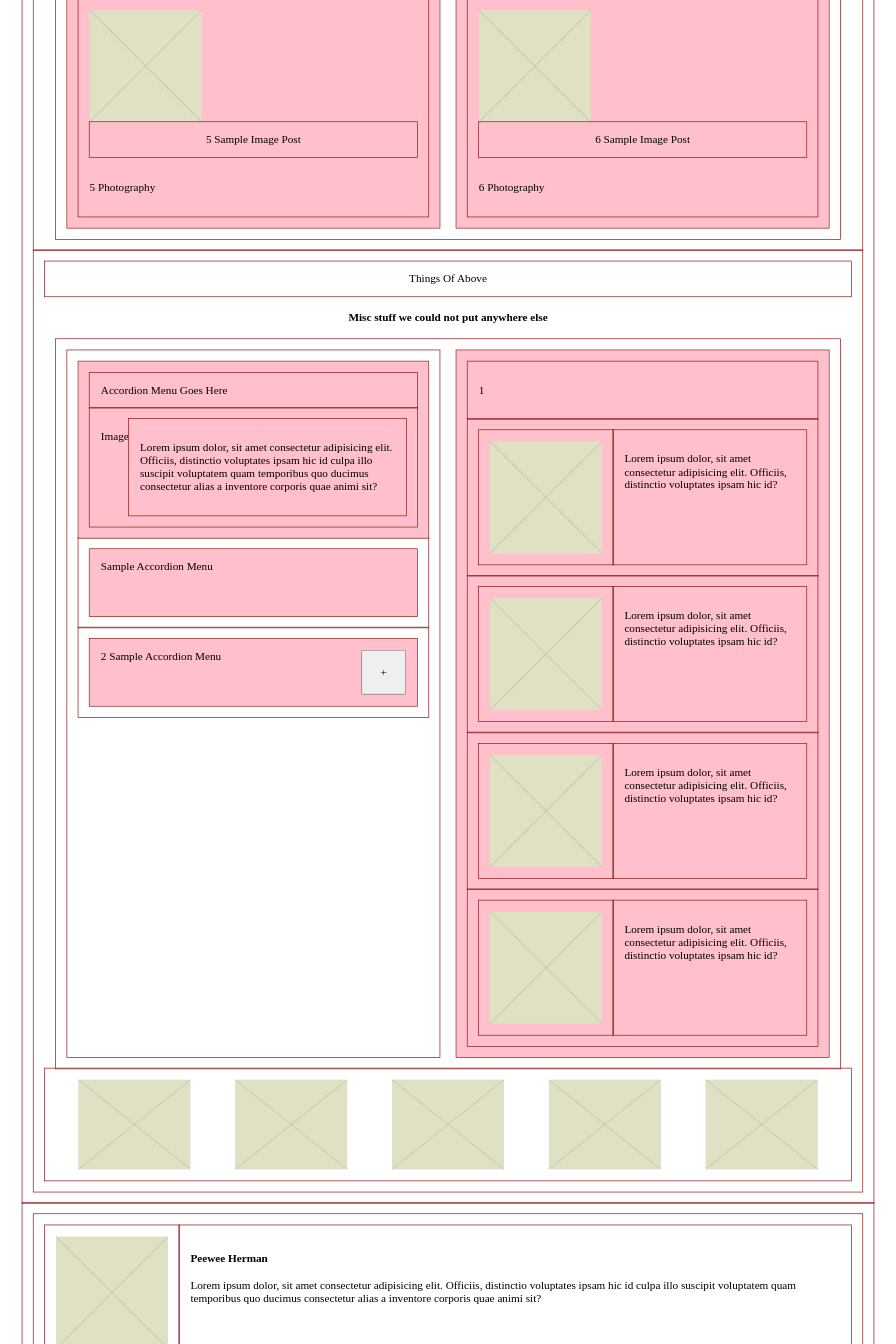
Repository: kionale/Project1_Lab3_ResponsiveLayout
Page: index.html
These files come from the project's save history. The page is drawn as it stood at one moment and after a run of saves; the edit follows.
The browser window is 1280 px wide. The pictures show the part of the page from y = 3418 to 5338 px (the page is 6789 px tall), at 70% of full size.

Above is the page before, as saved 2023-01-31 17:10:18.

### index.html
<!doctype html>
<html class="no-js" lang="">

<head>
  <meta charset="utf-8">
  <title></title>
  <meta name="description" content="">
  <meta name="viewport" content="width=device-width, initial-scale=1">

  <meta property="og:title" content="">
  <meta property="og:type" content="">
  <meta property="og:url" content="">
  <meta property="og:image" content="">

  <link rel="manifest" href="site.webmanifest">
  <link rel="apple-touch-icon" href="icon.png">
  <!-- Place favicon.ico in the root directory -->

  <link rel="stylesheet" href="css/normalize.css">
  <link rel="stylesheet" href="css/main.css">

  <meta name="theme-color" content="#fafafa">
</head>


<body class="page page-home">
  <header class="header page__header">
    <div class="row">
      <h1>Metrolics</h1>
      <a href=""><img src="img/placeholder.png"></a>
      <nav class="navbar-links">
        <ul>
          <a href="#">
            <li>Home</li>
          </a>
          <a href="">
            <li>Home</li>
          </a>
          <a href="">
            <li>Pages</li>
          </a>
          <a href="">
            <li>Blog</li>
          </a>
          <a href="">
            <li>Portfolio</li>
          </a>
          <a href="">
            <li>Home</li>
          </a>
        </ul>
      </nav>
    </div>

  </header>

  <div class="page__slider">
    <div class="row slides">
      <img src="img/placeholder.png" alt="">
    </div>
  </div>
  </div>

  <div class="page__intro">
    <h1 class="header page__heading">
      Hey guys! This is the <span>Metrolics</span> theme.<br>
      It sports a responsive layout with a mobile layout.
    </h1>
    <div class="subheading page_subheading">
      <h3>
        Things That We do
      </h3>
      <h5>Ask us what we can do for you</h5>

    </div>
    <div class="feature__service">
      <div class="row m-col-2 l-col-4">
        <div class="col">
          <img class="feature__servic__images" src="img/placeholder.png" alt="">
          <h4 class="heading feature__servic__title">Web Solution</h4>
          <p class="feature__servic__content">
            bbbhhha
          </p>
        </div>
        <div class="col">
          <img class="feature__servic__images" src="img/placeholder.png" alt="">
          <h4 class="heading feature__servic__title"></h4>
          <p class="feature__servic__content">
            bbbhhha
          </p>
        </div>
        <div class="col">
          <img class="feature__servic__images" src="img/placeholder.png" alt="">
          <h4 class="heading feature__servic__title"></h4>
          <p class="feature__servic__content">
            bbbhhha
          </p>
        </div>
        <div class="col">
          <img class="feature__servic__images" src="img/placeholder.png" alt="">
          <h4 class="heading feature__servic__title"></h4>
          <p class="feature__servic__content">
            bbbhhha
          </p>
        </div>


      </div>
    </div>
  </div>

  <!-- Main content starts here -->
  <main class="page__main">
    <section class="recent__work">
      <header class="header post__header">What's up lately?</header>
      <h4 class="subheading">Read up on our latest work</h4>
      <div class="row m-col-2 l-col-3">
        <div class="col">
          <div>
            <img src="img/placeholder.png" alt="">
            <header class="header recent__work__title">Sample image post</header><br>
            <p>Photography</p>
          </div>
        </div>
        <div class="col">
          <div>
            <img src="img/placeholder.png" alt="">
            <header class="header recent__work__title">Sample image post</header><br>
            <p>Photography</p>
          </div>
        </div>
        <div class="col">
          <div>
            <img src="" alt="">
            <header class="header recent__work__title">Sample image post</header><br>
            <p>Photography</p>
          </div>
        </div>
        <div class="col">
          <div>
            <img src="img/placeholder.png" alt="">
            <header class="header recent__work__title">Sample image post</header><br>
            <p>Photography</p>
          </div>
        </div>
      </div>
    </section>
    <!-- Our Latest Projests -->
    <section class="latest__projects">
      <header class="header latest__projects__header">Our Latest Projects</header>
      <h4 class="subheading">Client happy? We are happy</h4>
      <div class="row m-col-2 l-col-3">
        <div class="col">
          <div>
            <img src="img/placeholder.png" alt="">
            <header class="header latest__project__image">1 Sample image post</header><br>
            <p>1 Photography</p>
          </div>
        </div>
        <div class="col">
          <div>
            <img src="img/placeholder.png" alt="">
            <header class="header latest__project__image">2 Sample image post</header><br>
            <p>2 Photography</p>
          </div>
        </div>
        <div class="col">
          <div>
            <img src="img/placeholder.png" alt="">
            <header class="header latest__project__image">3 Sample image post</header><br>
            <p>3 Photography</p>
          </div>
        </div>
        <div class="col">
          <div>
            <img src="img/placeholder.png" alt="">
            <header class="header latest__project__image">4 Sample image post</header><br>
            <p>4 Photography</p>
          </div>
        </div>
        <div class="col">
          <div>
            <img src="img/placeholder.png" alt="">
            <header class="header latest__project__image">5 Sample image post</header><br>
            <p>5 Photography</p>
          </div>
        </div>
        <div class="col">
          <div>
            <img src="img/placeholder.png" alt="">
            <header class="header latest__project__image">6 Sample image post</header><br>
            <p>6 Photography</p>
          </div>
        </div>
      </div>
    </section>
    <!--Things of Above-->
    <section class="things__of__above">
      <header class="header things__header">Things of above</header>
      <h4 class="subheading">Misc stuff we could not put anywhere else</h4>
      <div class="row m-col-2 l-col-3">
        <div>
          <div class="col">
            <div class="sample__menu things_above_image">Accordion Menu Goes Here
            </div>
            <div class="web__solution">
              <p>Image</p>
              <div>
                <p>Lorem ipsum dolor, sit amet consectetur adipisicing elit. Officiis, distinctio voluptates ipsam hic
                  id
                  culpa illo suscipit voluptatem quam temporibus quo ducimus consectetur alias a inventore corporis quae
                  animi sit?</p>
              </div>
            </div>
          </div>
          <div class="menu__button">
            <div class="col_two sample__menu things__above__image">Sample Accordion Menu
            </div>
          </div>
          <div class="menu__button">
            <div class="col_two sample__menu things__above__image">2 Sample Accordion Menu
              <button>+</button>
            </div>
          </div>
        </div>
        <div class="col">
          <div class="tab__buttons">
            <p>1</p>
          </div>
          <div class="tab__information">
            <div>
              <img src="img/placeholder.png" alt="">
            </div>
            <div>
              <p>Lorem ipsum dolor, sit amet consectetur adipisicing elit. Officiis, distinctio voluptates ipsam hic
                id?</p>
            </div>
          </div>
          <div class="tab__information">
            <div>
              <img src="img/placeholder.png" alt="">
            </div>
            <div>
              <p>Lorem ipsum dolor, sit amet consectetur adipisicing elit. Officiis, distinctio voluptates ipsam hic
                id?</p>
            </div>
          </div>
          <div class="tab__information">
            <div>
              <img src="img/placeholder.png" alt="">
            </div>
            <div>
              <p>Lorem ipsum dolor, sit amet consectetur adipisicing elit. Officiis, distinctio voluptates ipsam hic
                id?</p>
            </div>
          </div>
          <div class="tab__information">
            <div>
              <img src="img/placeholder.png" alt="">
            </div>
            <div>
              <p>Lorem ipsum dolor, sit amet consectetur adipisicing elit. Officiis, distinctio voluptates ipsam hic
                id?</p>
            </div>
          </div>
        </div>
      </div>
      <!--Sponsors-->
      <div class="sponsors">
        <img src="img/placeholder.png" alt="" class="sponsors__icon">
        <img src="img/placeholder.png" alt="" class="sponsors__icon">
        <img src="img/placeholder.png" alt="" class="sponsors__icon">
        <img src="img/placeholder.png" alt="" class="sponsors__icon">
        <img src="img/placeholder.png" alt="" class="sponsors__icon">

    </section>
  </main>
  <!--Footer-->
  <footer>
    <div class="web__author">
      <div>
        <img src="img/placeholder.png" alt="">
      </div>
      <div>
        <h4>Peewee Herman</h4>
        <p>Lorem ipsum dolor, sit amet consectetur adipisicing elit. Officiis, distinctio voluptates ipsam hic
          id
          culpa illo suscipit voluptatem quam temporibus quo ducimus consectetur alias a inventore corporis quae
          animi sit?</p>
      </div>
    </div>
    <div class="footer__extras">
      <div>
        <div>
          <h4>About Us</h4>
          <p>Lorem ipsum dolor, sit amet consectetur adipisicing elit. Officiis, distinctio voluptates ipsam hic
            id
            culpa illo suscipit voluptatem quam temporibus quo ducimus consectetur alias a inventore corporis quae
            animi sit?</p>
        </div>
        <div class="social__link">
          <a href="" class="social__icon">
            <li>Facebook</li>
          </a>
          <a href="" class="social__icon">
            <li>Google</li>
          </a>
          <a href="" class="social__icon">
            <li>Twitter</li>
          </a>
          <a href="" class="social__icon">
            <li>Instagram</li>
          </a>
          <a href="" class="social__icon">
            <li>Volume</li>
          </a>
        </div>
      </div>

      <div>
        <h4>Flickr Photos</h4>
        <img src="img/placeholder.png" alt="">
        <img src="img/placeholder.png" alt="">
        <img src="img/placeholder.png" alt="">
        <img src="img/placeholder.png" alt="">
        <img src="img/placeholder.png" alt="">
        <img src="img/placeholder.png" alt="">
      </div>
      <div>
        <h4>Recent Tweets</h4>
        <div class="recent__tweets">
          <div>
            <img src="img/placeholder.png" alt="">
          </div>
          <div>
            <h4>Peewee Herman</h4>
            <p>Lorem ipsum dolor, sit amet consectetur adipisicing elit. Officiis, distinctio voluptates ipsam hic
              id
              culpa illo suscipit voluptatem quam temporibus quo ducimus consectetur alias a inventore corporis quae
              animi sit?</p>
          </div>
        </div>
        <div class="recent__tweets">
          <div>
            <img src="img/placeholder.png" alt="">
          </div>
          <div>
            <h4>Peewee Herman</h4>
            <p>Lorem ipsum dolor, sit amet consectetur adipisicing elit. Officiis, distinctio voluptates ipsam hic
              id
              culpa illo suscipit voluptatem quam temporibus quo ducimus consectetur alias a inventore corporis quae
              animi sit?</p>
          </div>
        </div>
      </div>
      <div>
        <h4>Newsletter</h4>
        <p>Lorem ipsum dolor, sit amet consectetur adipisicing elit. Officiis, distinctio voluptates ipsam hic
          id
          culpa illo suscipit voluptatem quam temporibus quo ducimus consectetur alias a inventore corporis quae
          animi sit?</p>
        <div class="col_two sample__menu things__above__image">Enter your email...
          <button>+</button>
        </div>
      </div>
    </div>
  </footer>


  <script src="js/vendor/modernizr-3.11.2.min.js"></script>
  <script src="js/plugins.js"></script>
  <script src="js/main.js"></script>

  <!-- Google Analytics: change UA-XXXXX-Y to be your site's ID. -->
  <script>
    window.ga = function () { ga.q.push(arguments) }; ga.q = []; ga.l = +new Date;
    ga('create', 'UA-XXXXX-Y', 'auto'); ga('set', 'anonymizeIp', true); ga('set', 'transport', 'beacon'); ga('send', 'pageview')
  </script>
  <script src="https://www.google-analytics.com/analytics.js" async></script>
</body>

</html>

### css/main.css
::-moz-selection {
  background: #b3d4fc;
  text-shadow: none;
}

::selection {
  background: #b3d4fc;
  text-shadow: none;
}

/*
 * A better looking default horizontal rule
 */

hr {
  display: block;
  height: 1px;
  border: 0;
  border-top: 1px solid #ccc;
  margin: 1em 0;
  padding: 0;
}

audio,
canvas,
iframe,
img,
svg,
video {
  vertical-align: middle;
}

/*
 * Remove default fieldset styles.
 */

fieldset {
  border: 0;
  margin: 0;
  padding: 0;
}

/*
 * Allow only vertical resizing of textareas.
 */

textarea {
  resize: vertical;
}

*,
*::before,
*::after {
  box-sizing: border-box;
}

div,
main,
section,
header,
footer {
  outline: 1px solid rgb(142, 24, 24);
  min-height: 1rem;
  padding: 1rem;
}

.page {
  margin: 0 auto;
  padding: 2rem;
}

.header {
  text-transform: capitalize;
  text-align: center;
}

.subheading {
  text-align: center;
}

ul,
li {
  padding: 0;
  margin: 0;
  list-style: none;
}

.row {
  display: grid;
  row-gap: 1rem;
}

.row_two {
  display: grid;
  row-gap: 1rem;
}

.col {
  position: relative;
  background-color: pink;
}

.col_two {
  background-color: pink;
  height: 6rem;
}

button {
  height: 4rem;
  width: 4rem;
}

/* medium screens and up  */
@media screen and (min-width: 40em) {
  .row {
    max-width: 70rem;
    column-gap: 1.5rem;
    row-gap: 1.5rem;
    margin: 0 auto;
  }



  .m-col-2 {
    grid-template-columns: 1fr 1fr;
  }

  .l-col-3 {
    grid-template-columns: (3, 1fr);
  }

}


.examples {
  display: flex;
  justify-content: space-around;
}

.sample__menu {
  display: flex;
  justify-content: space-between;
}

.web__solution {
  display: flex;
}

.web__author {
  display: flex;
}

.recent__tweets {
  display: flex;
}


.tab__information {
  display: flex;
}

.sponsors {
  display: flex;
  justify-content: space-around;
  height: 10rem;
}

.sponsors__icon {
  background-color: lightgray;
}

.social__link {
  display: flex;
}

.social__icon {
  margin: 0.5rem;
}

.footer__extras {
  display: flex;
  flex-direction: row;
}

img{
  width: 10rem;
}

### js/plugins.js
// Avoid `console` errors in browsers that lack a console.
(function() {
  var method;
  var noop = function () {};
  var methods = [
    'assert', 'clear', 'count', 'debug', 'dir', 'dirxml', 'error',
    'exception', 'group', 'groupCollapsed', 'groupEnd', 'info', 'log',
    'markTimeline', 'profile', 'profileEnd', 'table', 'time', 'timeEnd',
    'timeline', 'timelineEnd', 'timeStamp', 'trace', 'warn'
  ];
  var length = methods.length;
  var console = (window.console = window.console || {});

  while (length--) {
    method = methods[length];

    // Only stub undefined methods.
    if (!console[method]) {
      console[method] = noop;
    }
  }
}());

// Place any jQuery/helper plugins in here.

Loaded but not shown: css/normalize.css (library); js/vendor/modernizr-3.11.2.min.js (library); js/main.js (no stored copy; drawn as an empty file)

After the next 2 saves:
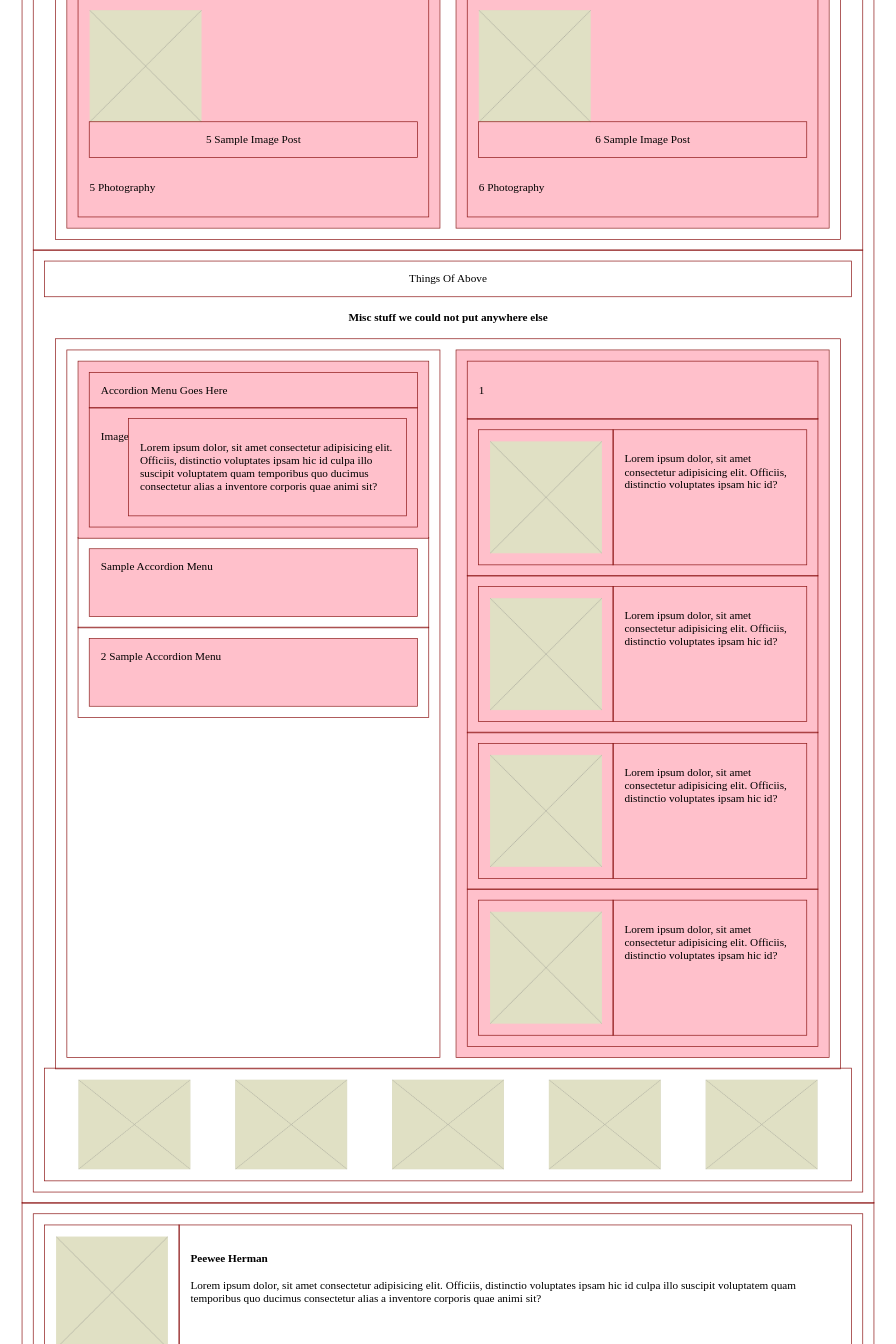
The 2 saves are shown as one change because they came seconds apart.
The last was saved 7 s later.
--- a/index.html
+++ b/index.html
@@ -219,7 +219,6 @@
           </div>
           <div class="menu__button">
             <div class="col_two sample__menu things__above__image">2 Sample Accordion Menu
-              <button>+</button>
             </div>
           </div>
         </div>
